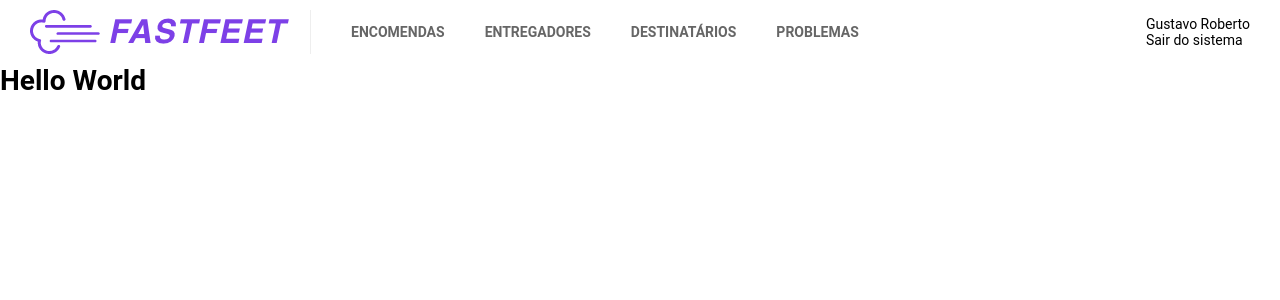
Repository: guuhx97/fastfeet
Page: / (app in frontend/)
An editor plug-in stored every save of this project. The page is shown before and after the next save, followed by the edit.
The browser window is 1280 px wide. The pictures show the whole page.
The project was rebuilt for these pictures with package versions that can differ from the ones it lists, and the page was loaded fresh each time.

Above is the page before, as saved 2020-06-26 15:16:14.

After the next save:
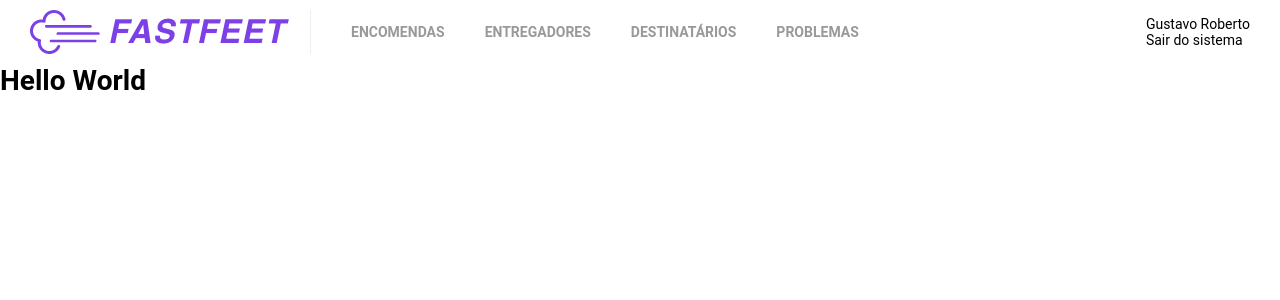
Saved 70 s later.
--- a/frontend/src/components/Header/styles.js
+++ b/frontend/src/components/Header/styles.js
@@ -25,7 +25,7 @@ export const Content = styled.div`
 
     a {
       font-weight: bold;
-      color: #666;
+      color: #999999;
       margin: 20px;
     }
   }
